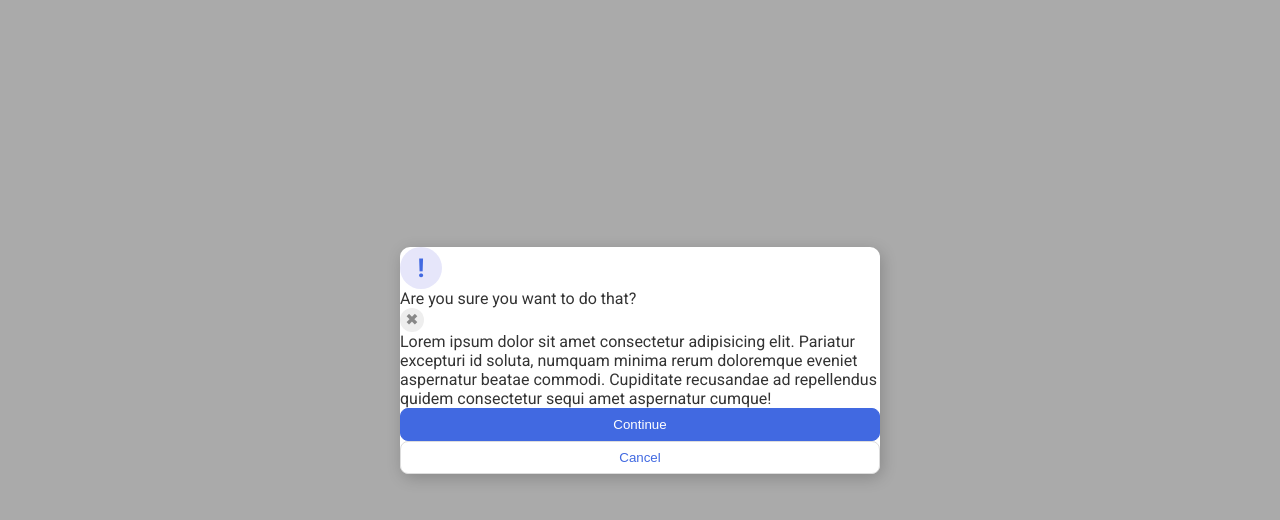
Repository: ridgely/css-exercises
Page: flex/05-flex-modal/index.html
An editor plug-in stored every save of this project. The page is shown before and after the next save, followed by the edit.
The browser window is 1280 px wide. The pictures show the whole page.

Above is the page before, as saved 2022-07-06 14:17:31.

After the next save:
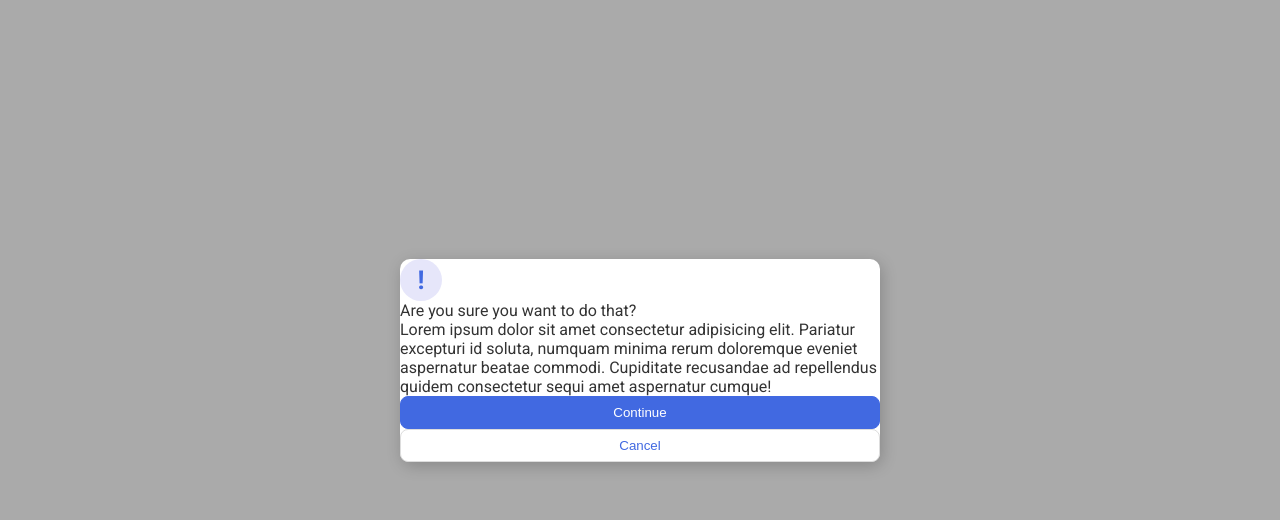
Saved 26 s later.
--- a/flex/05-flex-modal/index.html
+++ b/flex/05-flex-modal/index.html
@@ -13,7 +13,6 @@
         <div class="icon">!</div>
       </div>
       <div class="header">Are you sure you want to do that?</div>
-      <div class="close-button">✖</div>
       <div class="text">Lorem ipsum dolor sit amet consectetur adipisicing elit. Pariatur excepturi id soluta, numquam minima rerum doloremque eveniet aspernatur beatae commodi. Cupiditate recusandae ad repellendus quidem consectetur sequi amet aspernatur cumque!</div>
       <button class="continue">Continue</button>
       <button class="cancel">Cancel</button>
